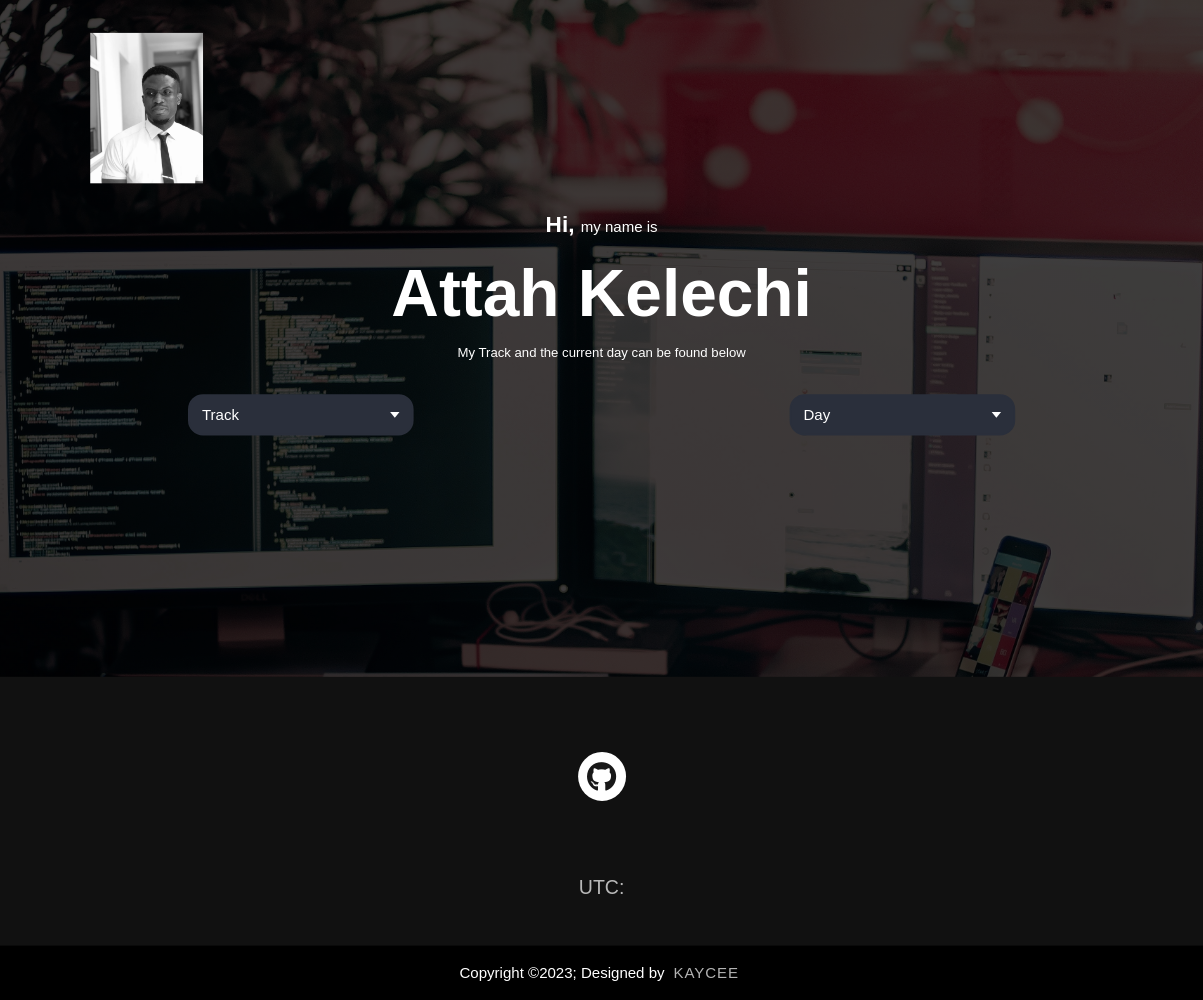
Repository: Kaycee-attah/HNG-Internship_2023
Page: index.html
An editor plug-in stored every save of this project. The page is shown before and after the next save, followed by the edit.
The browser window is 1280 px wide. The pictures show the whole page, at 94% of full size.

Above is the page before, as saved 2023-09-07 12:07:35.

### index.html
<!DOCTYPE html>
<html lang="en">
<head>
    <meta charset="UTF-8">
    <meta name="viewport" content="width=device-width, initial-scale=1.0">
    <title>How to make a website - Easy tutorial</title>
    <link rel="stylesheet" href="style.css">
    <link rel="stylesheet" href="https://cdnjs.cloudflare.com/ajax/libs/font-awesome/6.4.2/css/all.min.css" integrity="sha512-z3gLpd7yknf1YoNbCzqRKc4qyor8gaKU1qmn+CShxbuBusANI9QpRohGBreCFkKxLhei6S9CQXFEbbKuqLg0DA==" crossorigin="anonymous" referrerpolicy="no-referrer" />
</head>
<body>
    <div class="banner">
        <div class="navbar">
            <img class="logo" src="slack_DP.JPG" alt="Kaycee" data-testid="slackDisplayImage">
            <!-- <ul>
                <li><a href="#">Home</a></li>
                <li><a href="#">Bedroom</a></li>
                <li><a href="#">Dining</a></li>
                <li><a href="#">Kitchen</a></li>
                <li><a href="#">Backyard</a></li>
            </ul> -->
        </div>
    </div>
    <div class="content">
        <h2>Hi, <span class="text"> my name is</span></h2>
        <h1 data-testid="slackUserName">Attah Kelechi</h1>
        <span class="text-sm">My Track and the current day can be found below</span>

        <div class="track_info">
            <div class="dropdown">
                <div class="select">
                    <span class="selected">Track</span>
                    <div class="caret"></div>
                </div>
                <ul class="menu">
                    <li data-testid="myTrack">Frontend </li>

                </ul>

                <!-- <button type="button"><span class="btn"></span> MORE</button>
                <button type="button"><span class="btn"></span>SUBSCRIBE</button> -->
            </div>
            <div class="dropdown">
                <div class="select">
                    <span class="selected">Day</span>
                    <div class="caret"></div>
                </div>
                <ul class="menu">
                    <li data-testid="currentDayOfTheWeek">Framer </li>

                </ul>

                <!-- <button type="button"><span class="btn"></span> MORE</button>
                <button type="button"><span class="btn"></span>SUBSCRIBE</button> -->
            </div>
        </div>


    </div>
    <footer>
        <div class="footer_Container">
            <div class="social-icon">
                <a href=""><i class="fa-brands fa-github"></i></a>
            </div>

        </div>
        <div class="footer_Info">
            <ul>
                <li data-testid="currentUTCTime">UTC: </li>

            </ul>
        </div>
        <div class="footer_Bottom">
            <p>Copyright &copy;2023; Designed by <span class="designer">Kaycee</span></p>
        </div>
    </footer>

    <script src="script.js"></script>
</body>

</html>

### style.css
*{
    margin: 0;
    padding: 0;
    font-family: sans-serif;

}
body{
    background-image: linear-gradient(rgba(0,0,0,0.75), rgba(0,0,0,0.75)), url(IMG_6759.JPG);
    background-size: cover;
    background-position: center;
}

.banner{
    width: 100%;
    height: 100vh;


}
.navbar{
    width: 85%;
    margin: auto;
    padding: 35px 0;
    display: flex;
    align-items: center;
    justify-content: space-between;
}
.logo{
    width: 120px;
    cursor: pointer;
}
.navbar ul li{
    list-style: none;
    display: inline-block;
    margin: 0 20px;
    position: relative;
}
.navbar ul li a{
    text-decoration: none;
    color: #fff;
    text-transform: uppercase;
}
.navbar ul li::after{
    content: "";
    height: 3px;
    width: 0;
    background: #009688;
    position: absolute;
    left: 0;
    bottom: -10px;
    transition: 0.5s;
}
.navbar ul li:hover::after{
    width: 100%;
}
.content{
    width: 100%;
    position: absolute;
    top: 50%;
    transform: translateY(-50%);
    text-align: center;
    color: #fff;
}
.content h1{
    font-size: 70px;
    margin-top: 20px;
    margin-bottom: 10px;
}
.content p{
    margin: 20px auto;
    font-weight: 100;
    line-height: 25px;
}
.text{
    margin: 0;
    font-weight: 20;
    font-size: medium;
    line-height: 5px;
}
.text-sm{
    /* margin: 35px auto; */
    font-weight: 10;
    font-size: 14px;
    line-height: 25px;
}
.track_info {
    display: flex;
    justify-content: space-around;
    align-items: center;
}
.dropdown{
    min-width: 15em;
    position: relative;
    margin: 2em;
    /* display: flex;
    justify-content: space-between;
    align-items: center; */

}
.dropdown *{
    box-sizing: border-box;
}

.select{
    background: #2a2f3b;
    color: #fff;
    display: flex;
    justify-content: space-between;
    align-items: center;
    border: 2px #2a2f3b solid;
    border-radius: 1em;
    cursor: pointer;
    transition: background 0.3s;
    padding: 0.7em 0.8em;
}
.select-clicked{
    border: 2px #26489a solid;
    box-shadow: 0 0 0.8em #26489a;
    display: flex;
    justify-content: space-between;


}

.select:hover{
    background: #323741;
}

.caret{
    width: 0;
    height: 0;
    border-left: 5px solid transparent;
    border-right: 5px solid transparent;
    border-top: 6px solid #fff;
    transition: 0.3s;
}

.caret-rotate{
    transform: rotateX(180deg);

}

.selected-rotate{
    transform: rotateX(180deg);

}

.menu{
    list-style: none;
    padding: 0.2em 0.5em;
    background: #323741;
    border: 1px #363a43 solid;
    box-shadow: 0 0.5em 1em rgba(0, 0, 0, 0.2);
    border-radius: 0.5em;
    color: #9fa5b5;
    position: absolute;
    width: 100%;
    top: 4em;
    min-height: auto;
    left: 50%;
    transform: translateX(-50%);
    opacity: 0;
    display: none;
    transition: 0.2s;
    z-index: 1;
}

.menu li{
    padding: 0.7em 0.5em;
    margin: 0.3em 0;
    border-radius: 0.5em;
}

.menu li:hover{
    background: #2a2d35;
}

.menu-open{
    display: block;
    opacity: 1;
}


button{
    width: 200px;
    padding: 15px 0;
    text-align: center;
    margin: 20px 10px;
    border-radius: 25px;
    font-weight: bold;
    border: 2px solid #009688;
    background: transparent;
    color: #fff;
    cursor: pointer;
    position: relative;
    overflow: hidden;
}
.btn{
    background: #009688;
    height: 100%;
    width: 0;
    border-radius: 25px;
    position: absolute;
    left: 0;
    bottom: 0;
    z-index: -1;
    transition: 0.5s;
}
button:hover span{
    width: 100%;
}
footer{
    background-color: #111;
    width: 100%;
}
.footer_Container{
    /* width: 100%; */
    padding: 70px 30px 20px;
}
.social-icon{
    display: flex;
    justify-content: center;
}
.social-icon a{
    text-decoration: none;
    padding: 10px;
    background-color: white;
    margin: 10px;
    border-radius: 50%;
}
.social-icon a i{
    font-size: 2em;
    color: black;
    opacity: 0.9;
}


.social-icon a:hover{
    background-color: #111;
    transition: 0.5s;
}
.social-icon a:hover i{
    background-color: white;
    transition: 0.5s;
}
.footer_Info{
    margin: 30px 0;
}
.footer_Info ul{
    display: flex;
    justify-content: space-around;
}
.footer_Info ul li{
    color: white;
    margin: 20px;
    text-decoration: none;
    list-style: none;
    font-size: 1.3em;
    opacity: 0.7;
    transition: 0.5s;
}

.footer_Bottom {
    background-color: #000;
    padding: 20px;
    text-align: center;
}
.footer_Bottom p{
    color: white;

}
.designer{
    opacity: 0.7;
    text-transform: uppercase;
    letter-spacing: 1px;
    font-weight: 400;
    margin: 0px 5px;
    /* position: fixed; */
}

@media (max-width: 700px){
    .footer_Info ul{
        flex-direction: column;
    }
    .footer_Info ul li{
        width: 100%;
        text-align: center;
        margin: 10px 0;
    }
}

### script.js
const now = new Date();
const day = now.getDay();
const hours = now.getHours();
const minutes = now.getMinutes();
const UTCtimeStamp = now.getTime();
const GMTdate_and_time = now.toUTCString();
const daysOfWeek = [
    "Sunday",
    "Monday",
    "Tuesday",
    "Wednesday",
    "Thursday",
    "Friday",
    "Saturday"
]
const today = daysOfWeek[day];
const UTC = now.getUTCMilliseconds();
console.log("Current day of the week:", today)
console.log("UTC:", UTC)

console.log("UTCtimeStamp:", UTCtimeStamp)
console.log("GMTdate_and_time:", GMTdate_and_time)

const dropdowns = document.querySelectorAll('.dropdown');

dropdowns.forEach(dropdown => {
    const select = dropdown.querySelector('.select');
    const caret = dropdown.querySelector('.caret');
    const menu = dropdown.querySelector('.menu');
    const options = dropdown.querySelector('.menu li');
    const selected = dropdown.querySelector('.selected');


    select.addEventListener('click', () => {
        select.classList.toggle('select-clicked');
        select.classList.toggle('caret-rotate');
        selected.classList.toggle('selected-rotate');
        menu.classList.toggle('menu-open');
    })

    // options.forEach(option => {
    //     option.addEventListener('click', () => {
    //         // select.classList.toggle('select-clicked');
    //         select.classList.remove('select-clicked')
    //         caret.classList.remove('caret-rotate');
    //         menu.classList.remove('menu-open');


    //     })
    // })
})

After the next save:
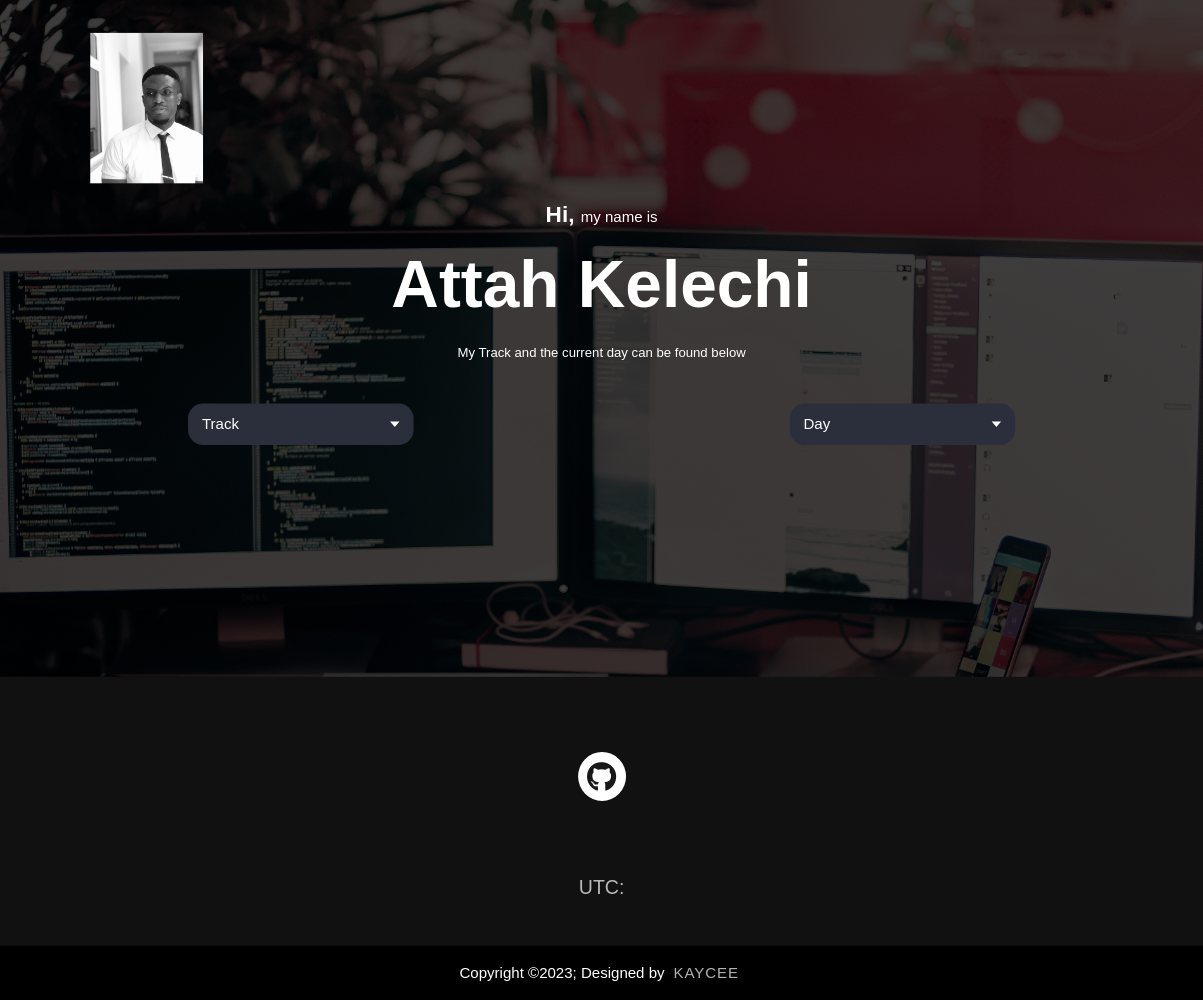
Saved 23 s later.
--- a/style.css
+++ b/style.css
@@ -80,7 +80,7 @@ body{
     /* margin: 35px auto; */
     font-weight: 10;
     font-size: 14px;
-    line-height: 25px;
+    line-height: 45px;
 }
 .track_info {
     display: flex;
